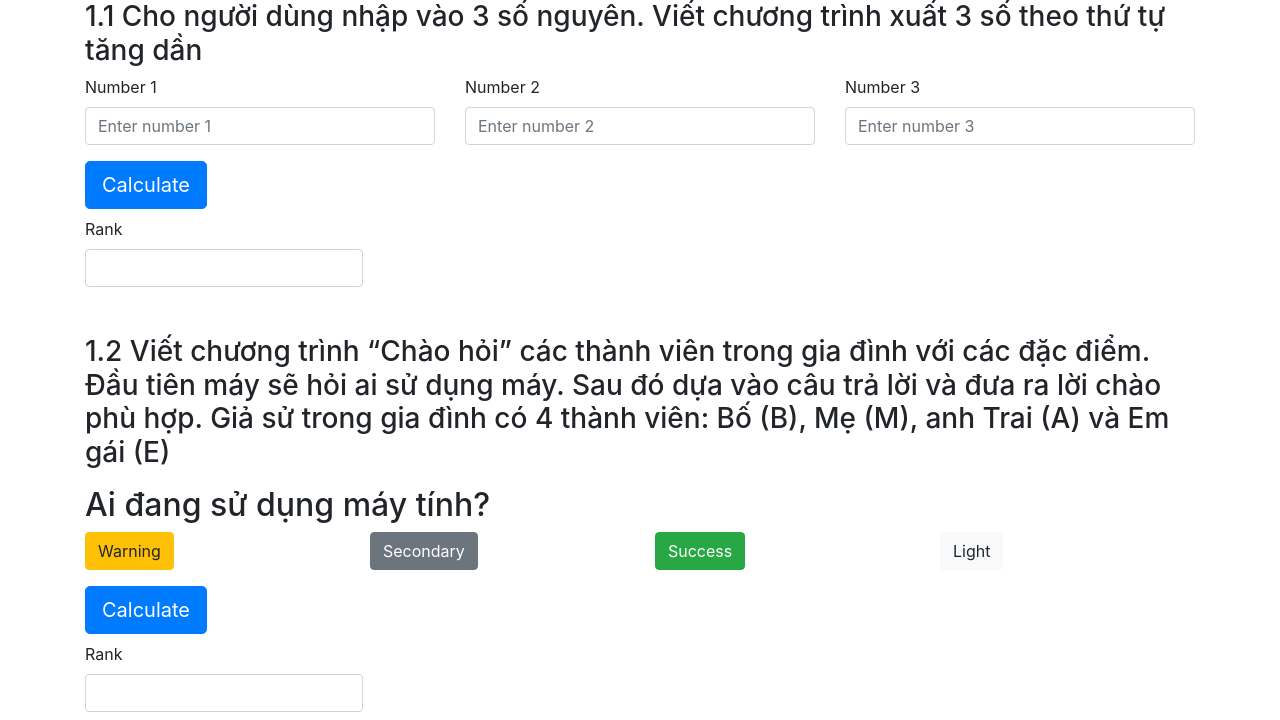
Repository: baobaodeveloper/bootscamp21__jsbasic__HuynhAnhBao
Page: index.html
The author's editor kept a copy of each file at every save. The page is drawn from the files as they stood at one save, then again after the next save.
The browser window is 1280 px wide. The pictures show the whole page.

Above is the page before, as saved 2022-03-09 23:56:27.

After the next save:
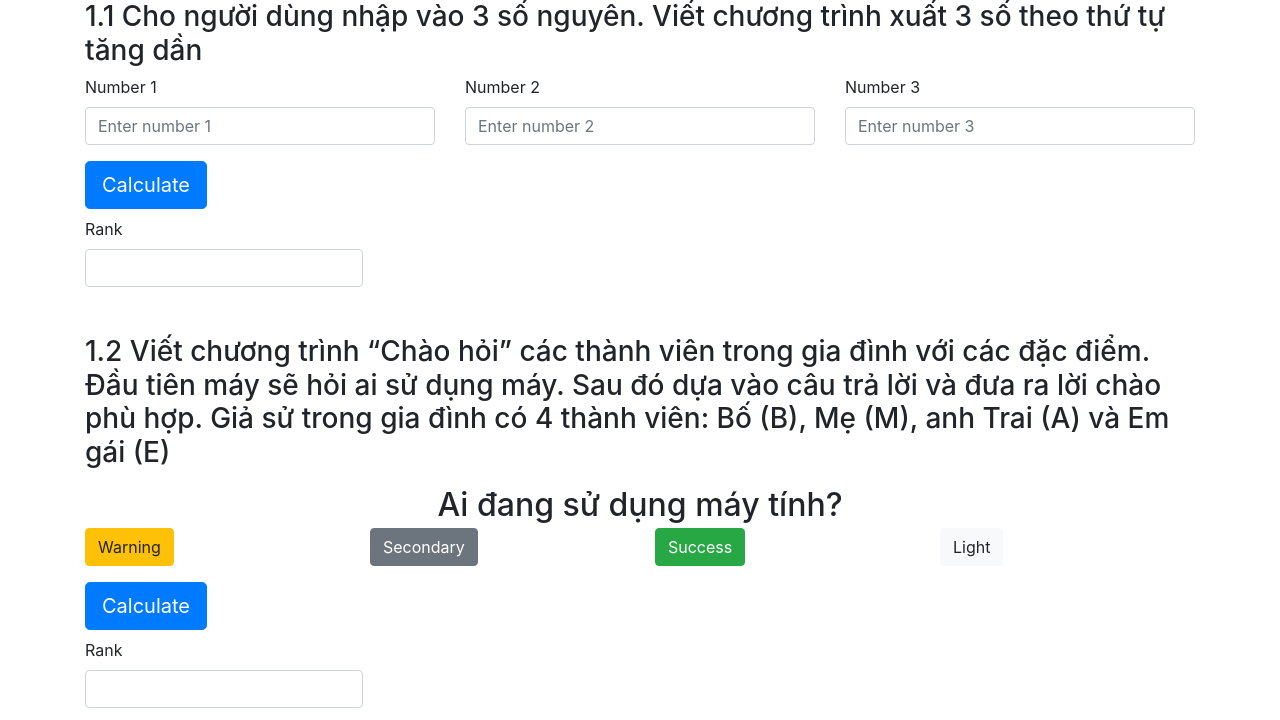
Saved 29 s later.
--- a/index.html
+++ b/index.html
@@ -73,7 +73,7 @@
         (B), Mẹ (M), anh Trai (A) và Em gái (E)
       </h3>
 
-      <h2>Ai đang sử dụng máy tính?</h2>
+      <h2 class="mb-1 text-center">Ai đang sử dụng máy tính?</h2>
       <div class="row">
         <div class="col">
           <button type="button" class="btn btn-warning">Warning</button>
